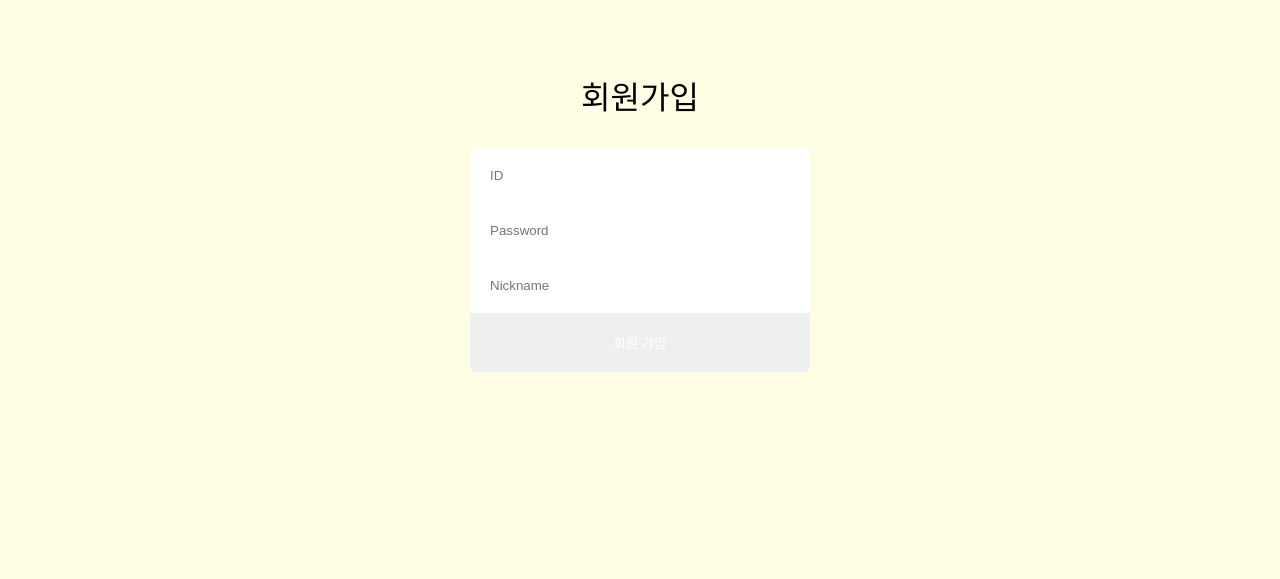
Repository: loone96/sendmylove
Page: sendMyLove1.0/src/main/webapp/register.html
The author's editor kept a copy of each file at every save. The page is drawn from the files as they stood at one save, then again after the next save.
The browser window is 1280 px wide. The pictures show the whole page.
Some web fonts or font styles are not loaded; a fallback is used.

Above is the page before, as saved 2020-06-23 03:49:44.

### sendMyLove1.0/src/main/webapp/register.html
<!DOCTYPE html>
<html lang="en">
  <head>
    <meta charset="UTF-8" />
    <meta name="viewport" content="width=device-width, initial-scale=1.0" />
    <title>Document</title>
  </head>
  <style>
    $font-family: 'Roboto';
    $font-size: 14px;

    * {
      margin: 0;
      padding: 0;
      box-sizing: border-box;
    }

    body {
      font-family: $font-family;
      font-size: $font-size;
      background-color: #fffde4;
    }

    .user {
      width: 90%;
      max-width: 340px;
      margin: 10vh auto;
    }

    .user__header {
      text-align: center;
      opacity: 0;
      transform: translate3d(0, 500px, 0);
      animation: arrive 500ms ease-in-out 0.7s forwards;
    }

    .user__title {
      font-size: $font-size;
      margin-bottom: -10px;
      font-weight: 500;
      color: black;
    }

    .form {
      margin-top: 40px;
      border-radius: 6px;
      overflow: hidden;
      opacity: 0;
      transform: translate3d(0, 500px, 0);
      animation: arrive 500ms ease-in-out 0.9s forwards;
    }

    .form--no {
      animation: NO 1s ease-in-out;
      opacity: 1;
      transform: translate3d(0, 0, 0);
    }

    .form__input {
      display: block;
      width: 100%;
      padding: 20px;
      font-family: $font-family;
      -webkit-appearance: none;
      border: 0;
      outline: 0;
      transition: 0.3s;

      &:focus {
        background: darken(#fff, 3%);
      }
    }

    .btn {
      display: block;
      width: 100%;
      padding: 20px;
      font-family: $font-family;
      -webkit-appearance: none;
      outline: 0;
      border: 0;
      color: white;
      background: $color-primary;
      transition: 0.3s;

      &:hover {
        background: darken($color-primary, 5%);
      }
    }

    @keyframes NO {
      from,
      to {
        -webkit-transform: translate3d(0, 0, 0);
        transform: translate3d(0, 0, 0);
      }

      10%,
      30%,
      50%,
      70%,
      90% {
        -webkit-transform: translate3d(-10px, 0, 0);
        transform: translate3d(-10px, 0, 0);
      }

      20%,
      40%,
      60%,
      80% {
        -webkit-transform: translate3d(10px, 0, 0);
        transform: translate3d(10px, 0, 0);
      }
    }

    @keyframes arrive {
      0% {
        opacity: 0;
        transform: translate3d(0, 50px, 0);
      }

      100% {
        opacity: 1;
        transform: translate3d(0, 0, 0);
      }
    }

    @keyframes move {
      0% {
        background-position: 0 0;
      }

      50% {
        background-position: 100% 0;
      }

      100% {
        background-position: 0 0;
      }
    }
  </style>
  <body>
    <div class="user">
      <header class="user__header">
        <h1 class="user__title">회원가입</h1>
      </header>

      <form class="form" action="insertUser" method="POST">
        <div class="form__group">
          <input name="id" type="text" placeholder="ID" class="form__input" />
        </div>

        <div class="form__group">
          <input name="password" type="password" placeholder="Password" class="form__input" />
        </div>

        <div class="form__group">
          <input name="nickname" type="text" placeholder="Nickname" class="form__input" />
        </div>

        <button class="btn" type="submit">회원 가입</button>
      </form>
    </div>
  </body>
  <script>
    const button = document.querySelector('.btn');
    const form = document.querySelector('.form');

    button.addEventListener('click', function () {
      form.classList.add('form--no');
    });
  </script>
</html>

After the next save:
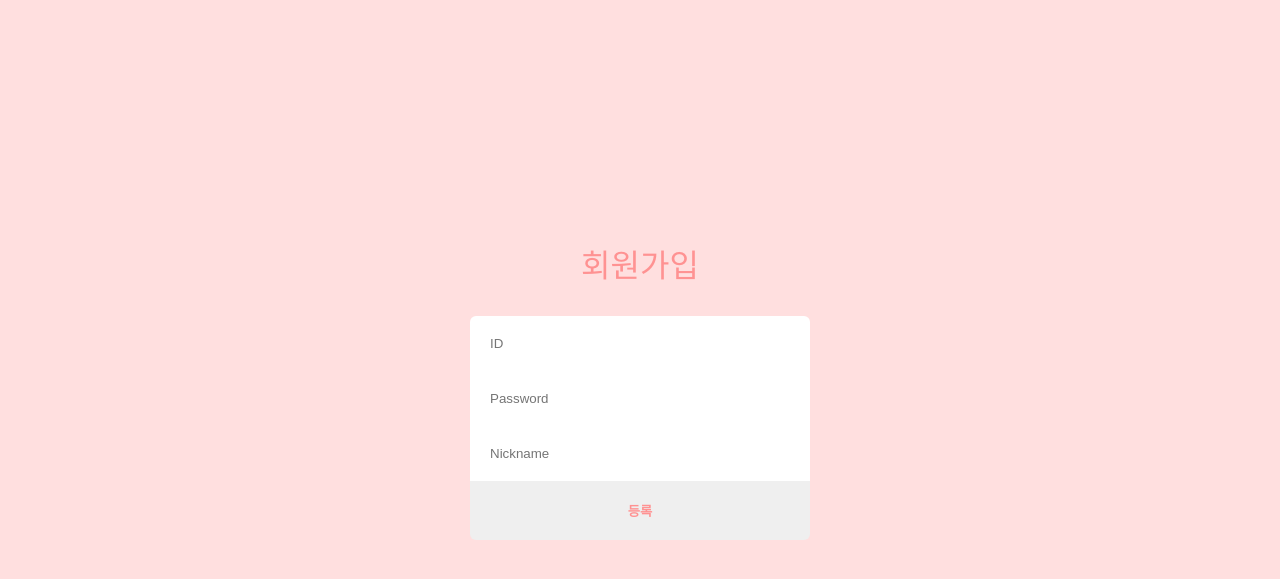
Saved 2 min 15 s later.
--- a/sendMyLove1.0/src/main/webapp/register.html
+++ b/sendMyLove1.0/src/main/webapp/register.html
@@ -6,8 +6,7 @@
     <title>Document</title>
   </head>
   <style>
-    $font-family: 'Roboto';
-    $font-size: 14px;
+  	@font-face { font-family: 'Cafe24Oneprettynight'; src: url('https://cdn.jsdelivr.net/gh/projectnoonnu/noonfonts_twelve@1.1/Cafe24Oneprettynight.woff') format('woff'); font-weight: normal; font-style: normal; }
 
     * {
       margin: 0;
@@ -15,10 +14,15 @@
       box-sizing: border-box;
     }
 
+	.h1{
+	  font-weight : bold;
+	}
+
     body {
-      font-family: $font-family;
+      font-family: 'Cafe24Oneprettynight';
       font-size: $font-size;
-      background-color: #fffde4;
+      background-color: #ffdfdf;
+      margin-top: 15em;
     }
 
     .user {
@@ -35,10 +39,11 @@
     }
 
     .user__title {
+      font-family: 'Cafe24Oneprettynight';
       font-size: $font-size;
       margin-bottom: -10px;
       font-weight: 500;
-      color: black;
+      color: #ff9292;
     }
 
     .form {
@@ -75,12 +80,13 @@
       display: block;
       width: 100%;
       padding: 20px;
-      font-family: $font-family;
+      font-family: 'Cafe24Oneprettynight';
       -webkit-appearance: none;
       outline: 0;
       border: 0;
-      color: white;
+      color: #ff9292;
       background: $color-primary;
+      font-weight: bold;
       transition: 0.3s;
 
       &:hover {
@@ -158,7 +164,7 @@
           <input name="nickname" type="text" placeholder="Nickname" class="form__input" />
         </div>
 
-        <button class="btn" type="submit">회원 가입</button>
+        <button class="btn" type="submit">등록</button>
       </form>
     </div>
   </body>
@@ -167,7 +173,7 @@
     const form = document.querySelector('.form');
 
     button.addEventListener('click', function () {
-      form.classList.add('form--no');
+      form.classList.add('form—no');
     });
   </script>
 </html>
